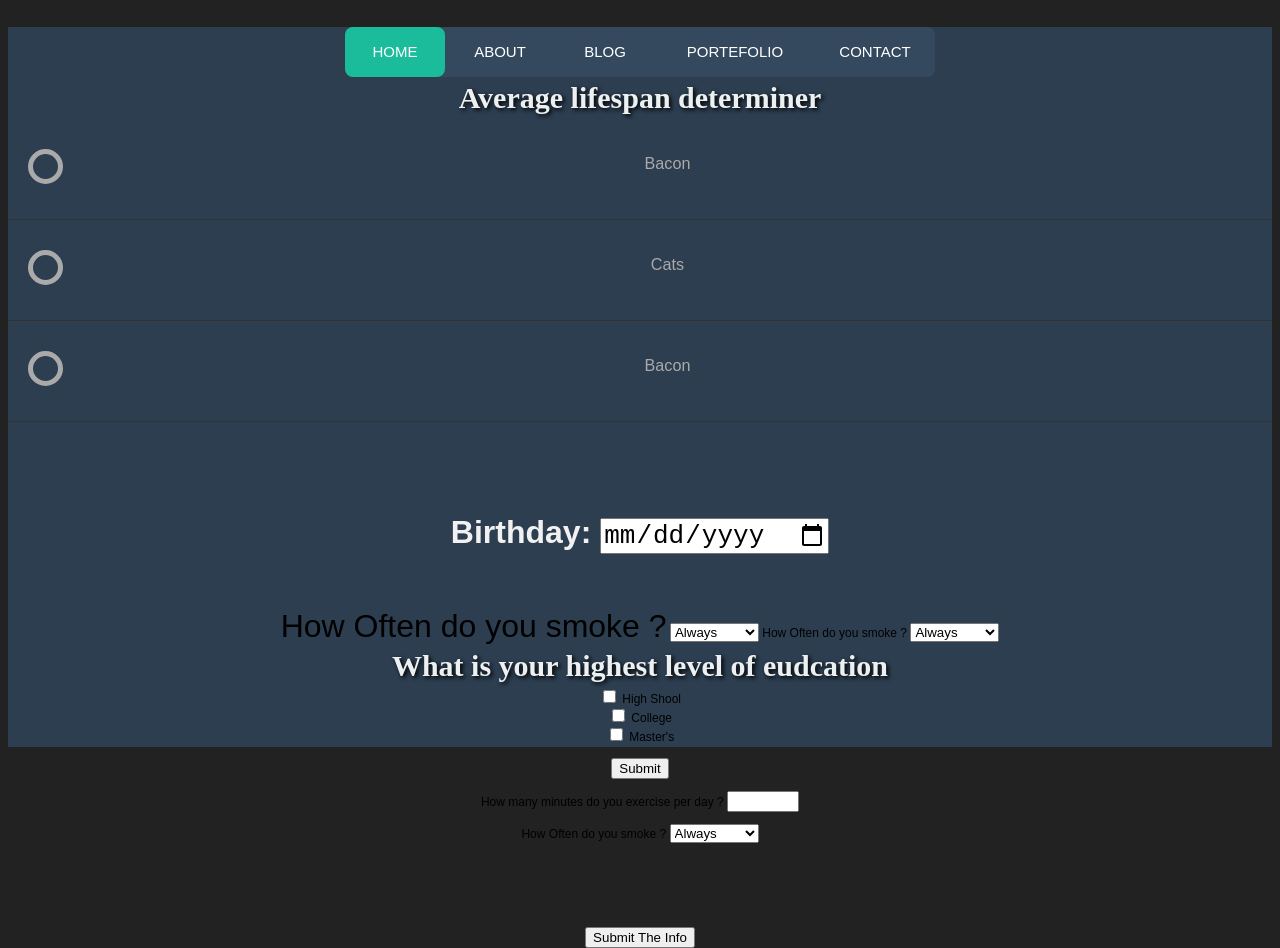
Repository: navid-amini12/capstone-1
Page: wordgame.html
These files come from the project's save history. The page is drawn as it stood at one moment and after the next save; the edit follows.
The browser window is 1280 px wide. The pictures show the whole page.

Above is the page before, as saved 2022-06-01 12:55:08.

After the next save:
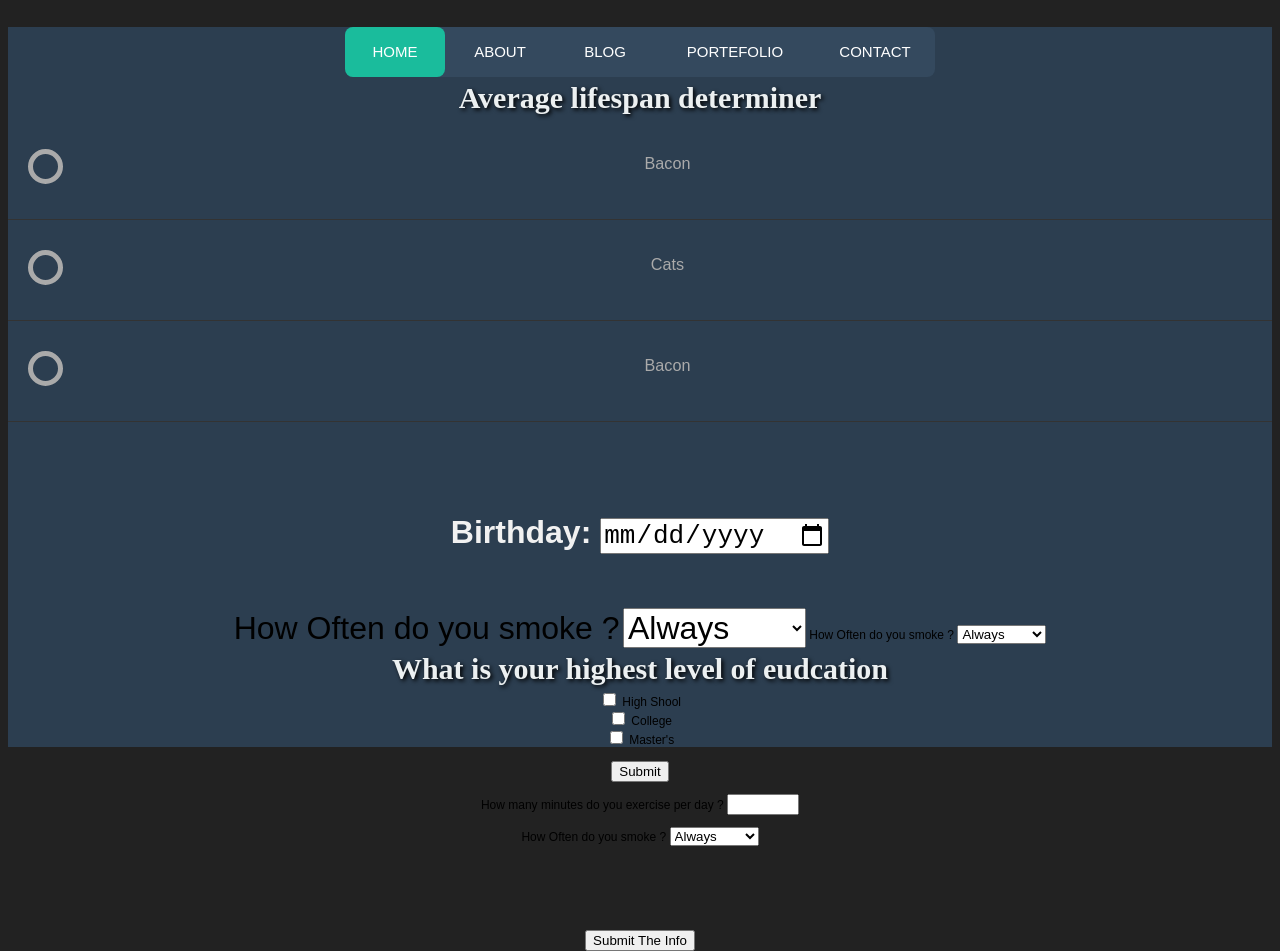
Saved 32 s later.
--- a/wordgame.html
+++ b/wordgame.html
@@ -67,7 +67,7 @@
  <br> <br> <br>
 <label style = "font-size: xx-large" ;   for="cars">How Often do you smoke ?</label>
 
-<select id="questions">
+<select style = "font-size: xx-large" ;    id="questions">
 <option value="volvo">Always</option>
 <option value="saab">Often</option>
 <option value="opel">Sometimes</option>
